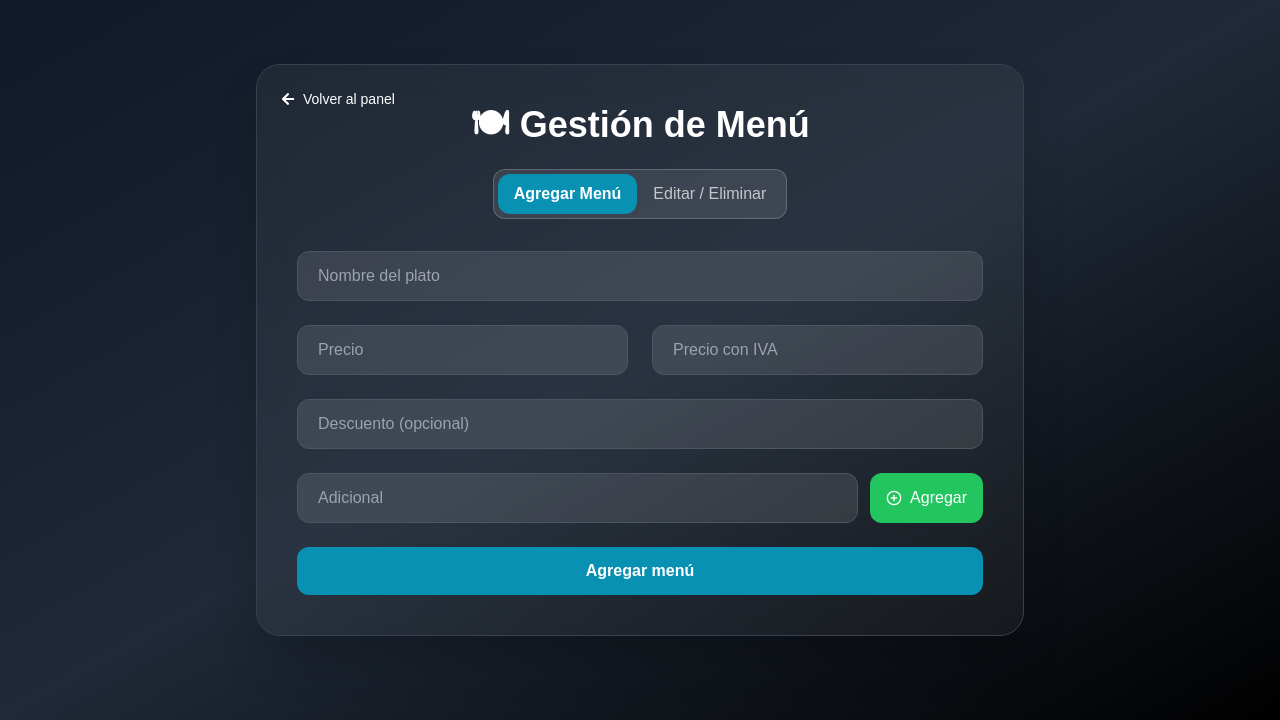
Repository: francoluca35/comandas
Page: /addmenu
These files come from the project's save history. The page is drawn as it stood at one moment and after the next save; the edit follows.
The browser window is 1280 px wide. The pictures show the whole page.
The page's requests for data from a server got no answer. The project was rebuilt for these pictures with package versions that can differ from the ones it lists, and the page was loaded fresh each time. Some packages were replaced by stand-ins written for this rebuild. The framework's server and built-in components were replaced by stand-ins that run in the browser. No one was signed in, and anything a server would have sent is missing. Also part of the build but not shown: next.config.mjs.

Above is the page before, as saved 2025-05-17 19:19:14.

After the next save:
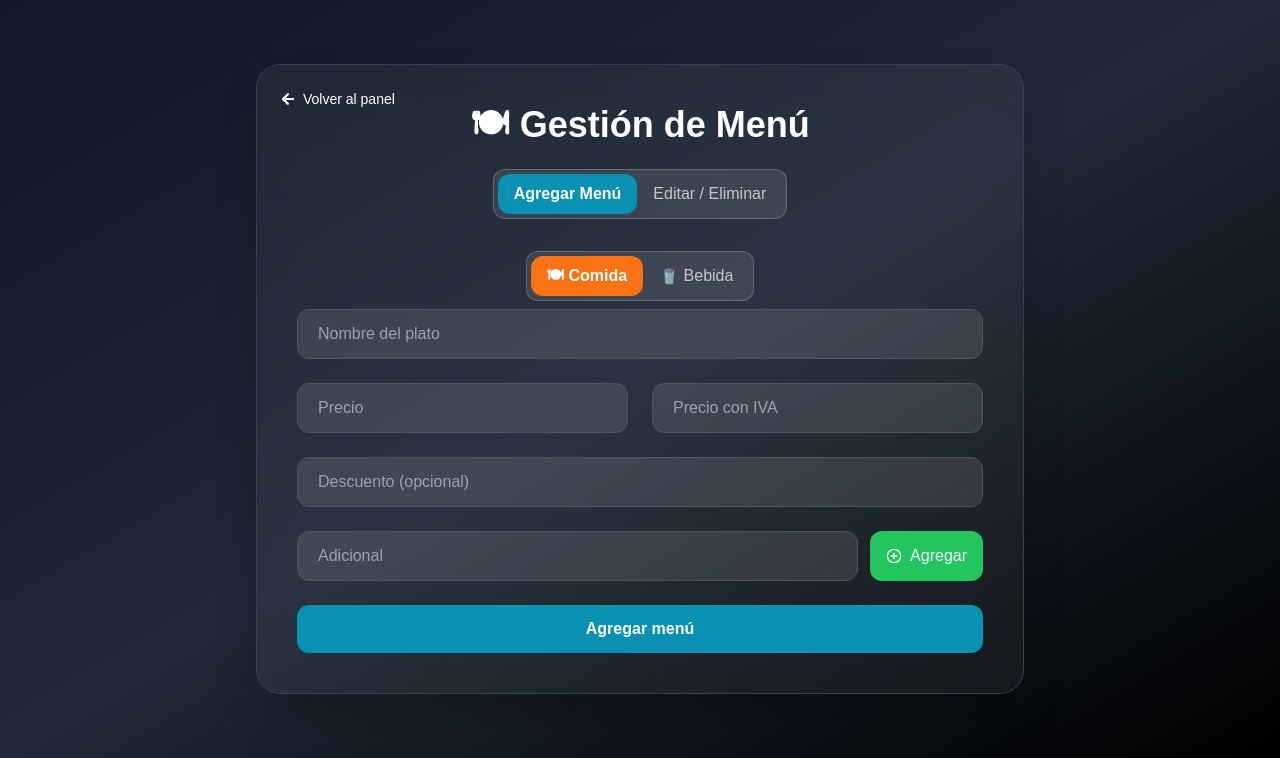
Saved 29 s later.
--- a/app/addmenu/components/AgregarMenu.js
+++ b/app/addmenu/components/AgregarMenu.js
@@ -150,6 +150,32 @@ export default function AgregarMenu() {
               }`}
             >
               Editar / Eliminar
+            </button>
+          </div>
+        </div>
+        <div className="col-span-1 md:col-span-2 mb-2 flex justify-center">
+          <div className="bg-white/10 rounded-xl p-1 inline-flex border border-white/20">
+            <button
+              type="button"
+              onClick={() => setTipo("comida")}
+              className={`px-4 py-2 rounded-xl transition ${
+                tipo === "comida"
+                  ? "bg-orange-500 text-white font-bold"
+                  : "text-white/70 hover:text-white"
+              }`}
+            >
+              🍽 Comida
+            </button>
+            <button
+              type="button"
+              onClick={() => setTipo("bebida")}
+              className={`px-4 py-2 rounded-xl transition ${
+                tipo === "bebida"
+                  ? "bg-blue-500 text-white font-bold"
+                  : "text-white/70 hover:text-white"
+              }`}
+            >
+              🥤 Bebida
             </button>
           </div>
         </div>
